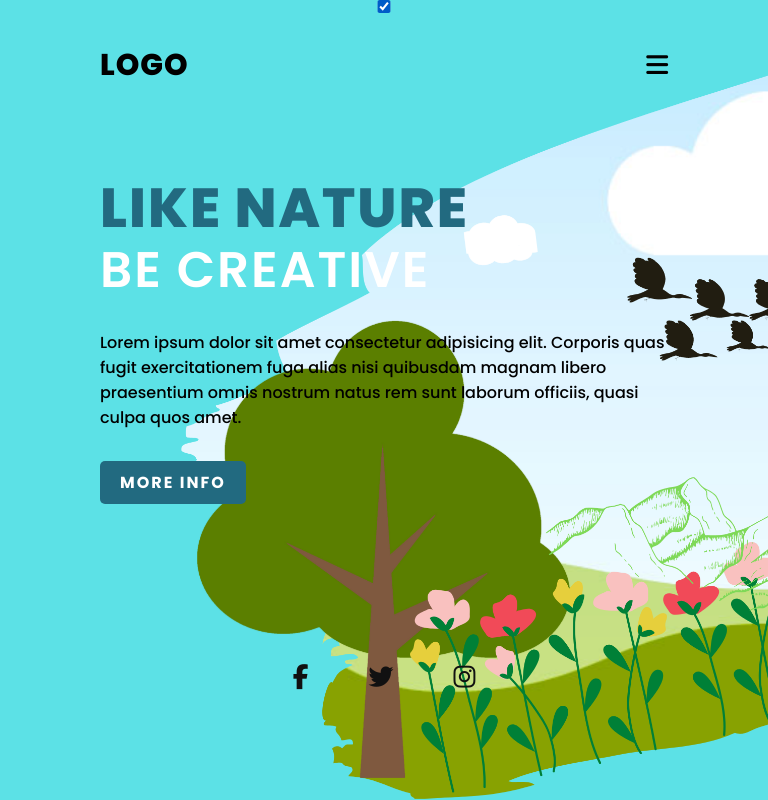
Repository: nganha241/CreativeNature
Page: index.html
These files come from the project's save history. The page is drawn as it stood at one moment and after the next save; the edit follows.
The browser window is 768 px wide. The pictures show the whole page.
The first `#check` is checked.
Some web libraries are served in a nearby version.

Above is the page before, as saved 2022-06-18 09:17:50.

After the next save:
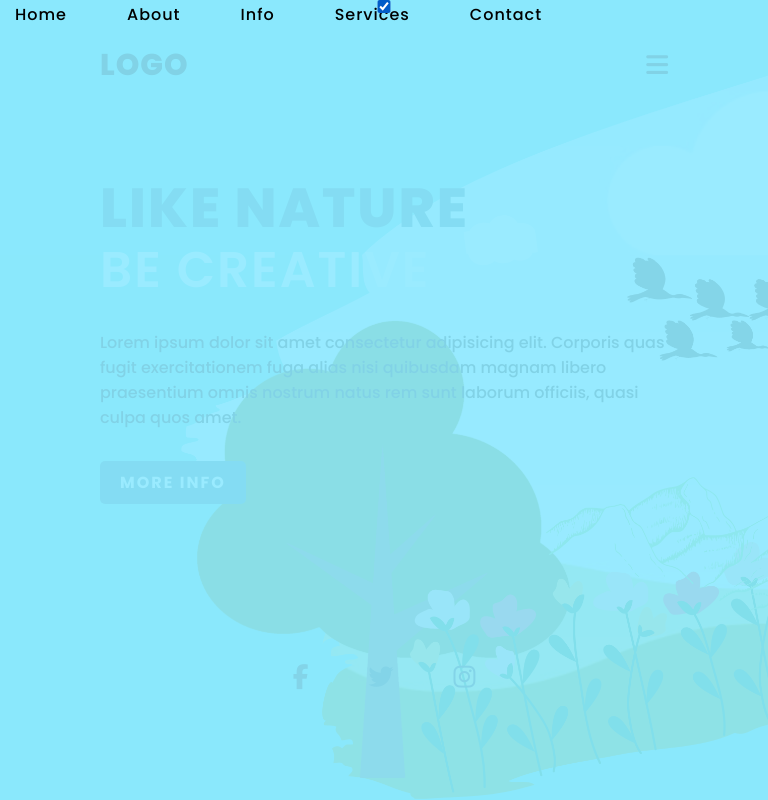
Saved 47 s later.
--- a/style.css
+++ b/style.css
@@ -160,5 +160,10 @@ label {
         z-index: 2;
         position: fixed;
         background: rgba(144, 233, 255, 0.9);
+        top: 0;
+        bottom: 0;
+        left: 0;
+        right: 0;
+        display: flex;
     }
 }
